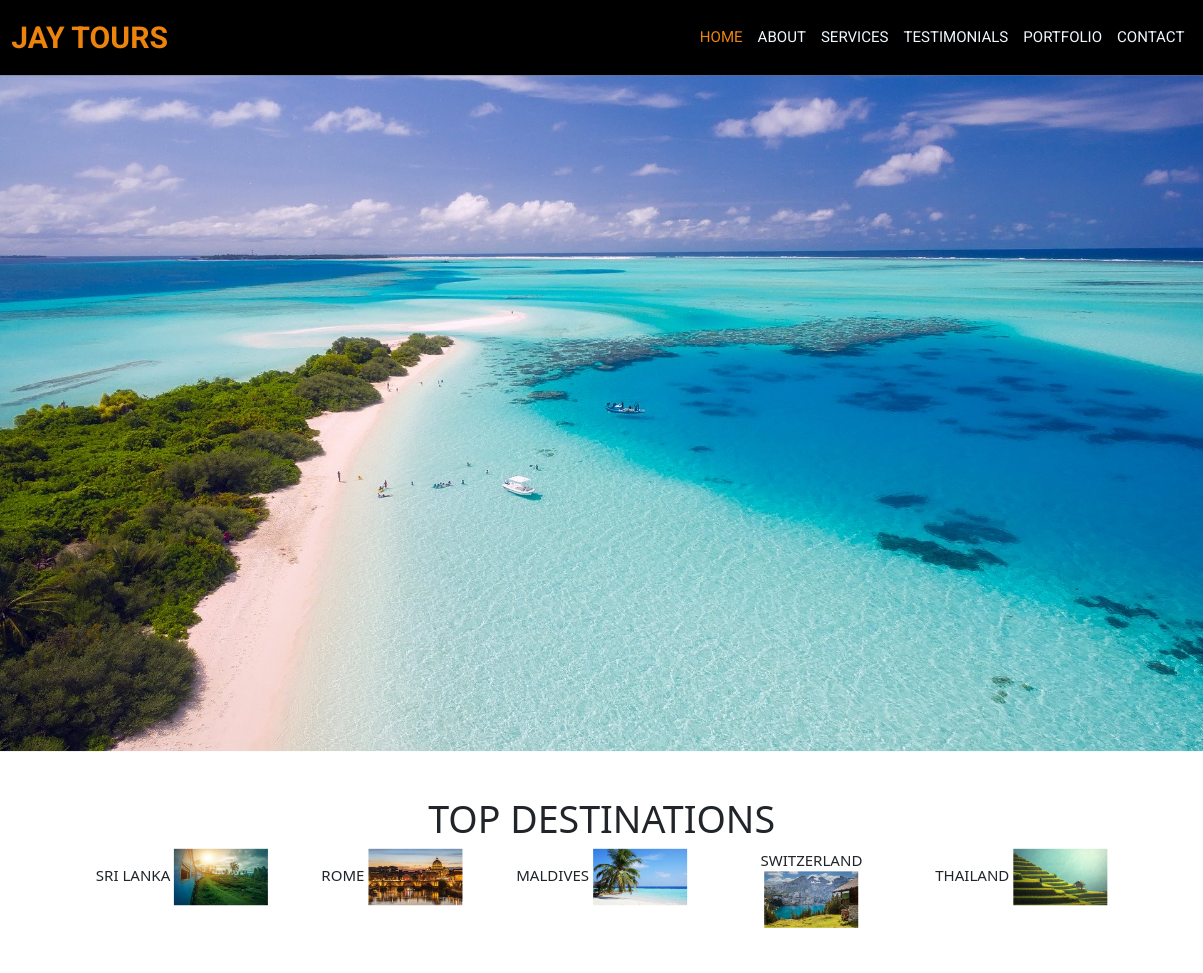
Repository: kasundiudn/Jay-Travel
Page: index.html
An editor plug-in stored every save of this project. The page is shown before and after a run of saves, followed by the edit.
The browser window is 1280 px wide. The pictures show the whole page, at 94% of full size.

Above is the page before, as saved 2025-06-26 10:26:39.

### index.html
<!doctype html>
<html lang="en">
  <head>
    <meta charset="utf-8">
    <meta name="viewport" content="width=device-width, initial-scale=1">
    <title>Bootstrap demo</title>
    <link rel="preconnect" href="https://fonts.googleapis.com">
    <link rel="preconnect" href="https://fonts.gstatic.com" crossorigin>
    <link href="https://fonts.googleapis.com/css2?family=Roboto:ital,wght@0,100..900;1,100..900&display=swap" rel="stylesheet">
    <link href="https://cdn.jsdelivr.net/npm/bootstrap@5.3.7/dist/css/bootstrap.min.css" rel="stylesheet" integrity="sha384-LN+7fdVzj6u52u30Kp6M/trliBMCMKTyK833zpbD+pXdCLuTusPj697FH4R/5mcr" crossorigin="anonymous">
  <style>
    header{  font-family: "Roboto", sans-serif;
           }
    .nav-link{
        color: aliceblue;
    }

  </style>
  </head>
  <body>
<header>
    <nav class="navbar navbar-expand-lg " style="background-color: black; height: 80px;">
  <div class="container-fluid">
    <a class="navbar-brand" href="#" style="color: #eb830c; font-weight: bold;  font-size:xx-large;">JAY TOURS</a>
    <button class="navbar-toggler" type="button" data-bs-toggle="collapse" data-bs-target="#navbarSupportedContent" aria-controls="navbarSupportedContent" aria-expanded="false" aria-label="Toggle navigation">
      <span class="navbar-toggler-icon"></span>
    </button>
    <div class="collapse navbar-collapse justify-content-end" id="navbarSupportedContent">
      <ul class="navbar-nav mb-2 mb-lg-0">
        <li class="nav-item">
          <a class="nav-link active" aria-current="page" href="#" style="color: #eb830c;">HOME</a>
        </li>
        <li class="nav-item">
          <a class="nav-link" href="#">ABOUT</a>
        </li>
         <li class="nav-item">
          <a class="nav-link" href="#">SERVICES</a>
        </li>
         <li class="nav-item">
          <a class="nav-link" href="#">TESTIMONIALS</a>
        </li>
         <li class="nav-item">
          <a class="nav-link" href="#">PORTFOLIO</a>
        </li>
         <li class="nav-item">
          <a class="nav-link" href="#">CONTACT</a>
        </li>
    </div>
  </div>
</nav>
</header>
<img src="main.jpg" alt="Beach image" style="width: 100%; height: auto;">

<div class="container text-center my-5">
  <h1>TOP DESTINATIONS</h1>


<div class="container text-center">
  <div class="row">
    <div class="col">
      SRI LANKA
      <img src="Sri Lanka.jpg" alt="SRI LANKA" style="width: 100px; height: 60px;">
    </div>
    <div class="col">
      ROME
      <img src="Rome.jpg" alt="ROME" style="width: 100px; height: 60px;">
    </diV>
    <div class="col">
      MALDIVES
      <img src="Maldives.jpg" alt="MALDIVES" style="width: 100px; height: 60px;">
    </div>
    <div class="col">
      SWITZERLAND
        <img src="Switzerland.jpg" alt="SWITZERLAND" style="width: 100px; height: 60px;">
    </div>
    <div class="col">
      THAILAND
        <img src="Thailand.jpg" alt="THAILAND" style="width: 100px; height: 60px;">
    </div>
  </div>
</div>

    <script src="https://cdn.jsdelivr.net/npm/@popperjs/core@2.11.8/dist/umd/popper.min.js" integrity="sha384-I7E8VVD/ismYTF4hNIPjVp/Zjvgyol6VFvRkX/vR+Vc4jQkC+hVqc2pM8ODewa9r" crossorigin="anonymous"></script>
<script src="https://cdn.jsdelivr.net/npm/bootstrap@5.3.7/dist/js/bootstrap.min.js" integrity="sha384-7qAoOXltbVP82dhxHAUje59V5r2YsVfBafyUDxEdApLPmcdhBPg1DKg1ERo0BZlK" crossorigin="anonymous"></script>
  </body>
</html>

After the next 4 saves:
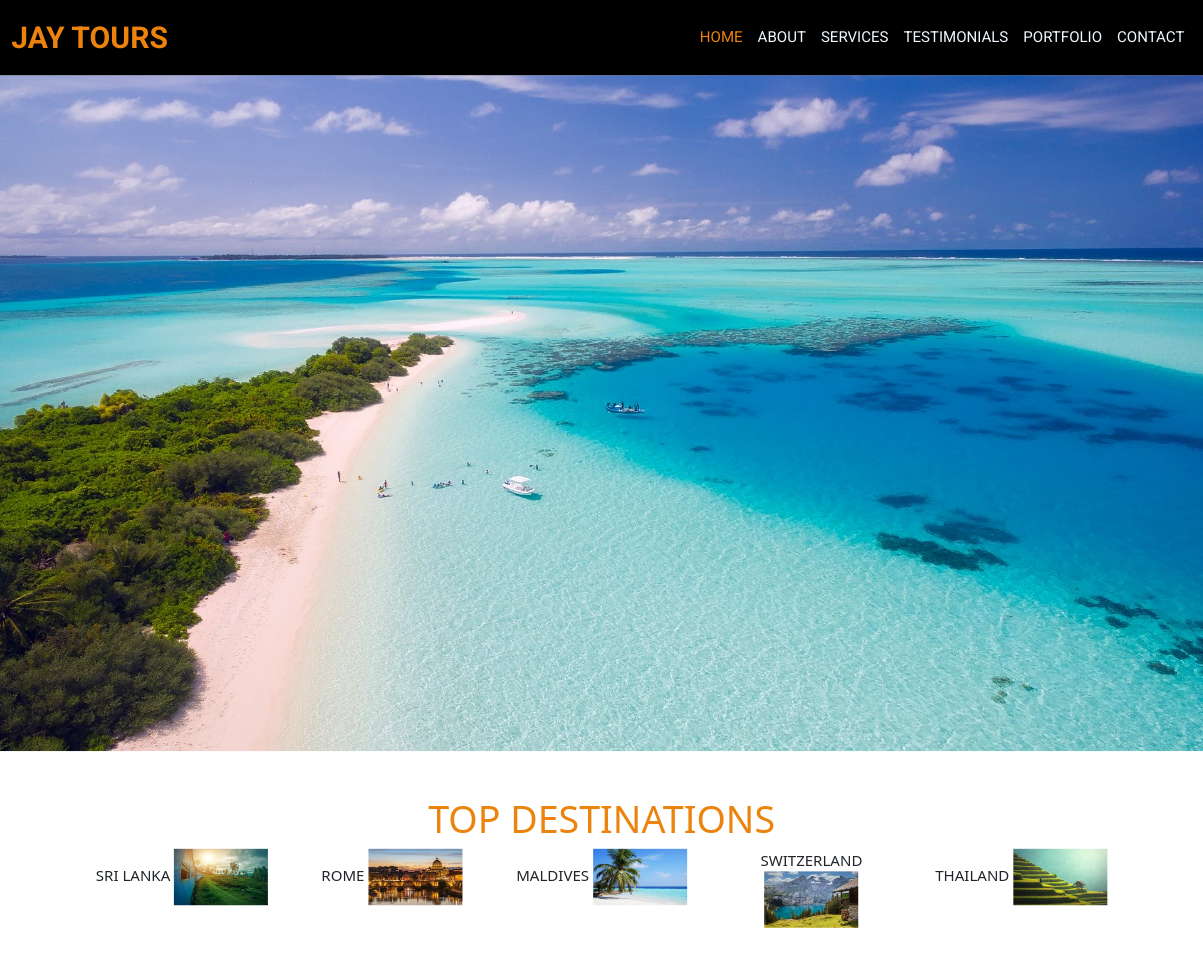
The 4 saves are shown as one change because they came seconds apart.
The last was saved 17 s later.
--- a/index.html
+++ b/index.html
@@ -52,7 +52,7 @@
 <img src="main.jpg" alt="Beach image" style="width: 100%; height: auto;">
 
 <div class="container text-center my-5">
-  <h1>TOP DESTINATIONS</h1>
+  <h1 style="color: #eb830c;">TOP DESTINATIONS</h1>
 
 
 <div class="container text-center">
